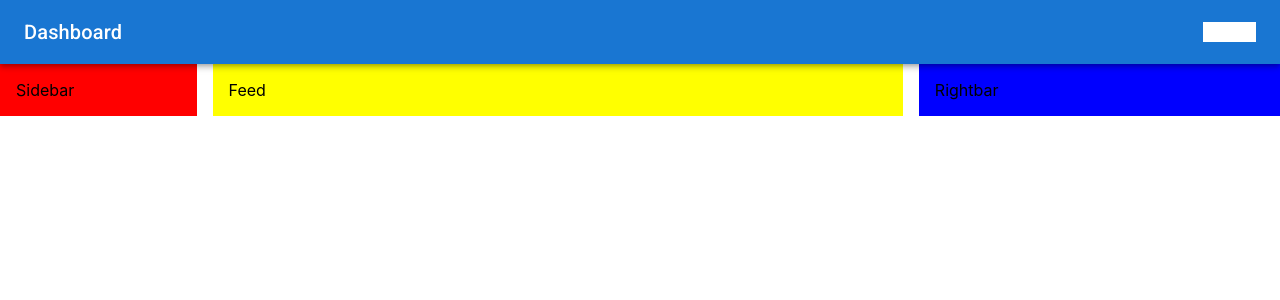
Repository: abubaker-cs/mui5_dashboard
Page: /
An editor plug-in stored every save of this project. The page is shown before and after the next save, followed by the edit.
The browser window is 1280 px wide. The pictures show the whole page.
The project was rebuilt for these pictures with package versions that can differ from the ones it lists, and the page was loaded fresh each time. Also part of the build but not shown: src/App.css.

Above is the page before, as saved 2022-07-17 06:00:11.

After the next save:
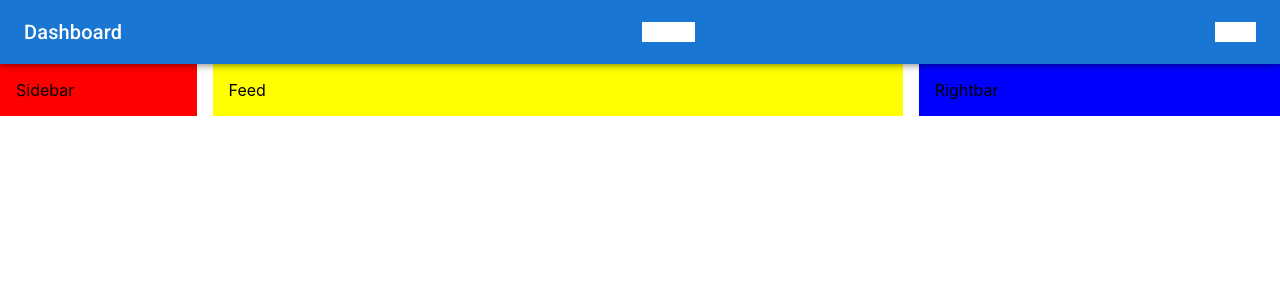
Saved 23 s later.
--- a/src/components/Navbar.jsx
+++ b/src/components/Navbar.jsx
@@ -41,6 +41,7 @@ const Navbar = () => {
           }}
         />
         <Search>Search</Search>
+        <Icons>Icons</Icons>
       </StyledToolbar>
     </AppBar>
   );
